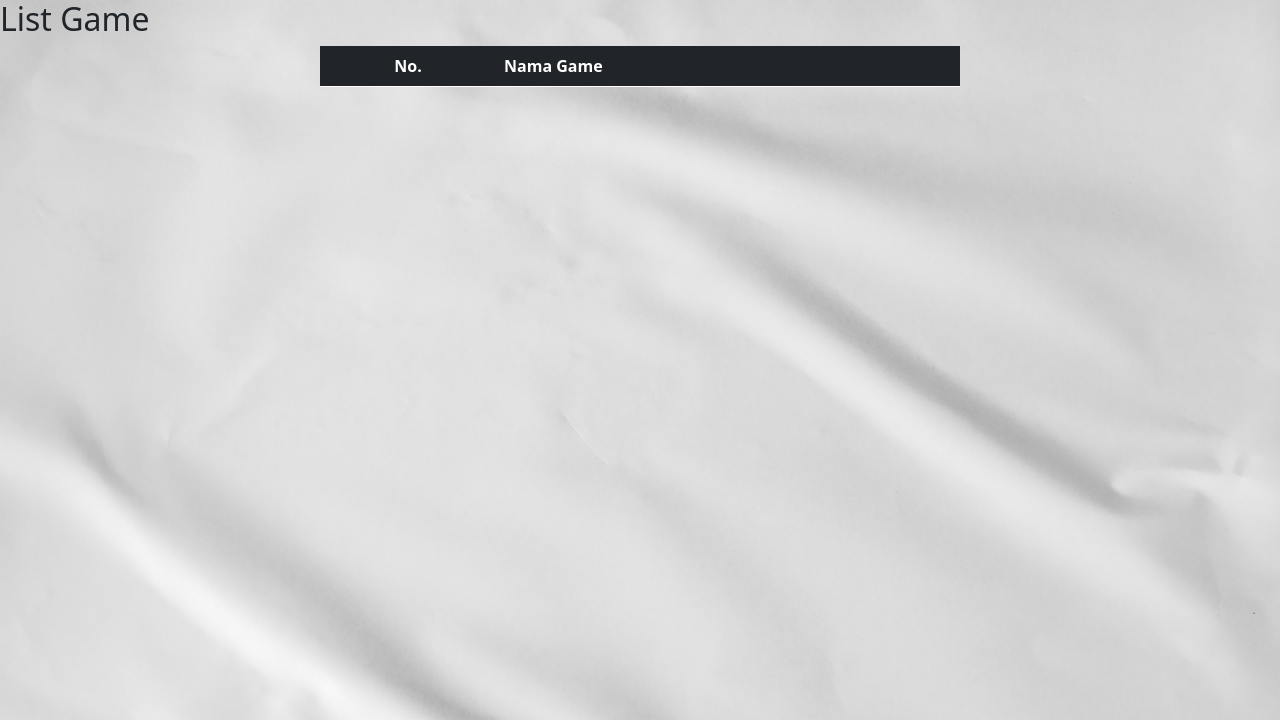
Repository: aqordeon/SPKWP
Page: http://localhost/listgame.php
The author's editor kept a copy of each file at every save. The page is drawn from the files as they stood at one save, then again after the next save.
The browser window is 1280 px wide. The pictures show the whole page.
The page is run by PHP 8.4 with error messages shown; the project is at /var/www/html/. Queries for data that is not in the repository find no rows.

Above is the page before, as saved 2021-01-13 22:36:49.

After the next save:
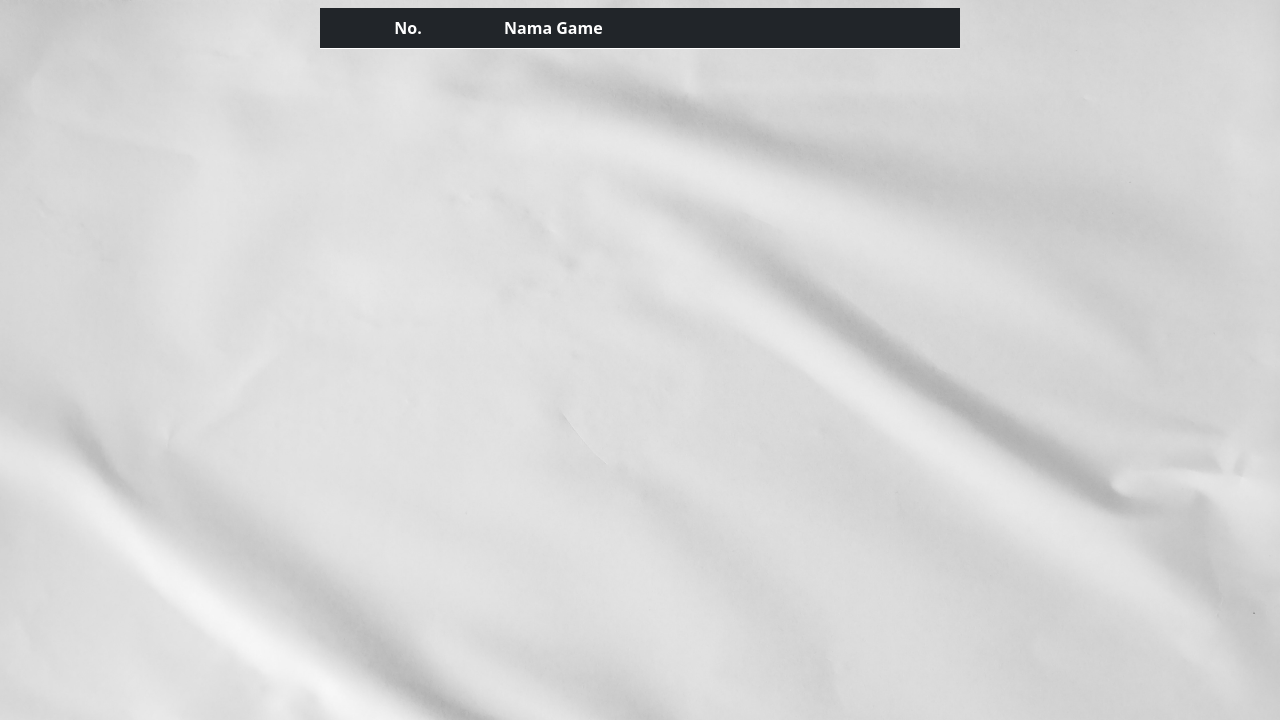
Saved 3 min 59 s later.
--- a/listgame.php
+++ b/listgame.php
@@ -20,7 +20,7 @@
     ?>
 </head>
 <body>
-    <h2>List Game</h2>
+    <h1 class="display 1"></h1>
     <table class="table table-striped" style="width: 50%; margin: auto auto;">
         <thead class="table-dark">
             <tr>
